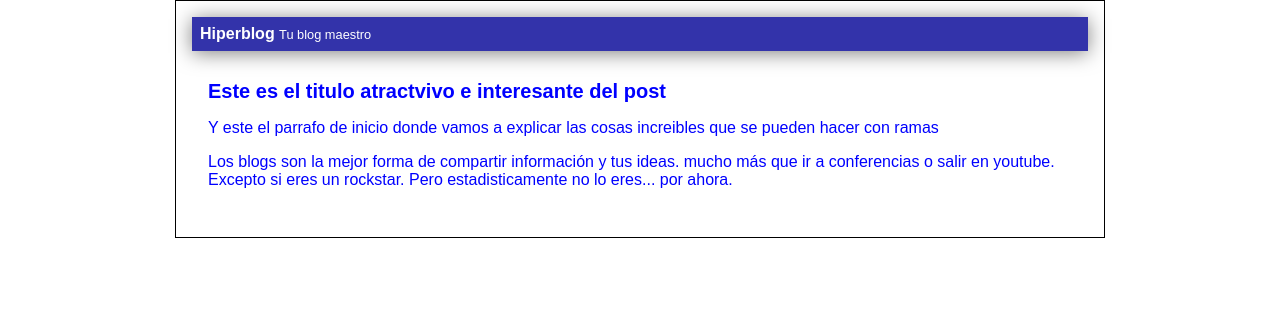
Repository: Areinomora/hiperblog
Page: blogpost.html
An editor plug-in stored every save of this project. The page is shown before and after the next save, followed by the edit.
The browser window is 1280 px wide. The pictures show the whole page.

Above is the page before, as saved 2022-12-22 15:30:47.

### blogpost.html
<!DOCTYPE html>
<html lang="en">
   <head>
    <meta charset="UTF-8">
    <meta http-equiv="X-UA-Compatible" content="IE=edge">
    <meta name="viewport" content="width=device-width, initial-scale=1.0">
    <title>Titulo del blog post</title>
    <link rel="stylesheet" href="/css/estilos.css">
    </head>
    <body>
        <div id="container">
            <div id="cabecera">
                Hiperblog
                <span id="tagline"> Tu blog maestro</span>
            </div>
            <div id="post">
                <h1>Este es el titulo atractvivo e interesante del post</h1>
                <p>Y este el parrafo de inicio donde vamos a explicar las cosas increibles
                    que se pueden hacer con ramas
                </p>
                <p> Los blogs son la mejor forma de compartir información y tus ideas.
                    mucho más que ir a conferencias o salir en youtube. Excepto si eres un rockstar. Pero estadisticamente no lo eres... por ahora.
                </p>
            </div>
        </div>
    </body>
</html>

### css/estilos.css
body
{
    color:blue;
    text-align:center;
    font-family:"arial";
    font-size: 16 px;
    padding: 0;
    margin: 0;

}
#cabecera
{
    background: #33a;
    box-shadow: 0px 2px 20px rgba(0,0,0,0.5);
    color: white;
    font-weight: bold;
    margin: 0;
    padding: 0.5em;

}
#cabecera #tagline
{
    padding: 0,0,0,1em;
    font-weight: normal;
    font-size: 0.8em;


}
#container
{
    width: 70%;
    padding: 1em;
    text-align: left;
    border: 1px solid #000;
    margin:auto;

}
#container h1
{
    font-size: 20px;
}
#post
{
    padding: 1em;
}

After the next save:
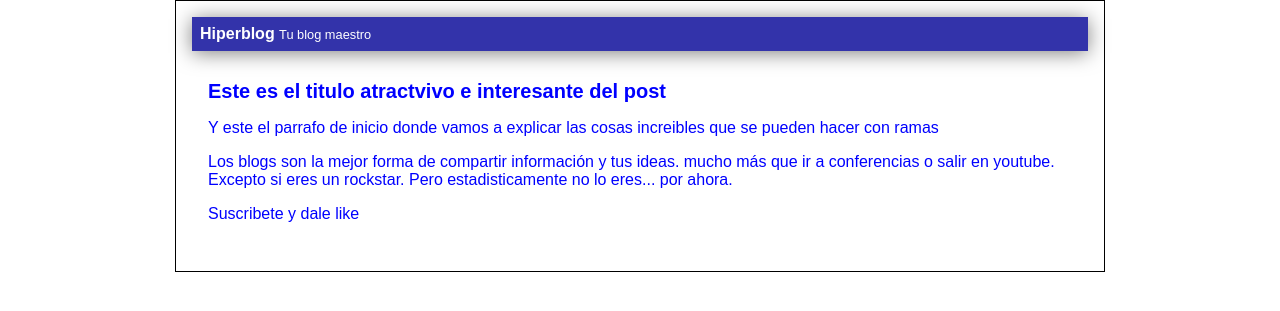
Saved 66 s later.
--- a/blogpost.html
+++ b/blogpost.html
@@ -21,6 +21,7 @@
                 <p> Los blogs son la mejor forma de compartir información y tus ideas.
                     mucho más que ir a conferencias o salir en youtube. Excepto si eres un rockstar. Pero estadisticamente no lo eres... por ahora.
                 </p>
+                <p> Suscribete y dale like</p>
             </div>
         </div>
     </body>
